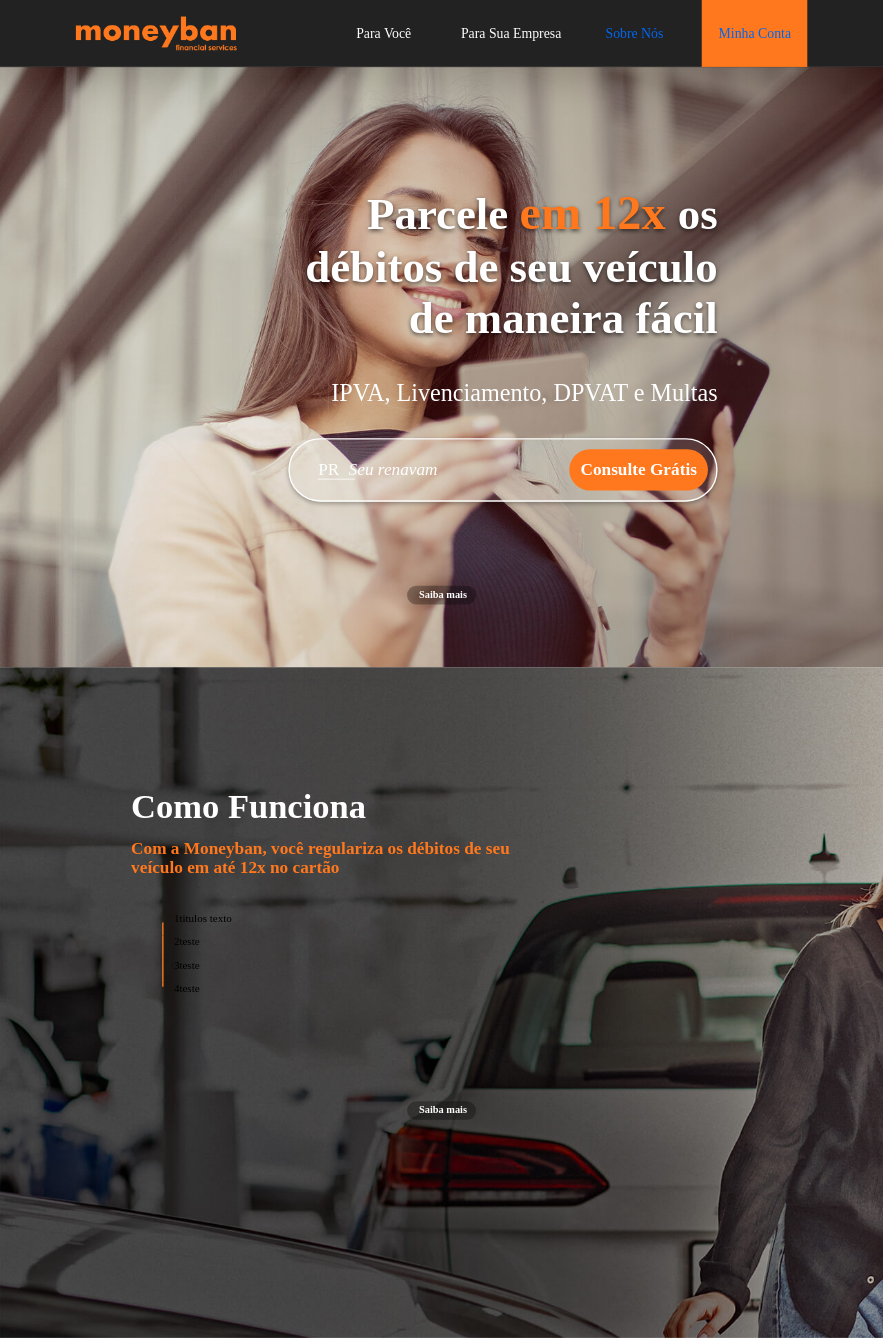
Repository: IvanCardoso91/moneyban
Page: index.html
These files come from the project's save history. The page is drawn as it stood at one moment and after the next save; the edit follows.
The browser window is 1280 px wide. The pictures show the whole page, at 69% of full size.
Some icons come from a web library that is not loaded, so they are not drawn. Some web fonts or font styles are not loaded; a fallback is used.

Above is the page before, as saved 2020-12-18 14:16:01.

After the next save:
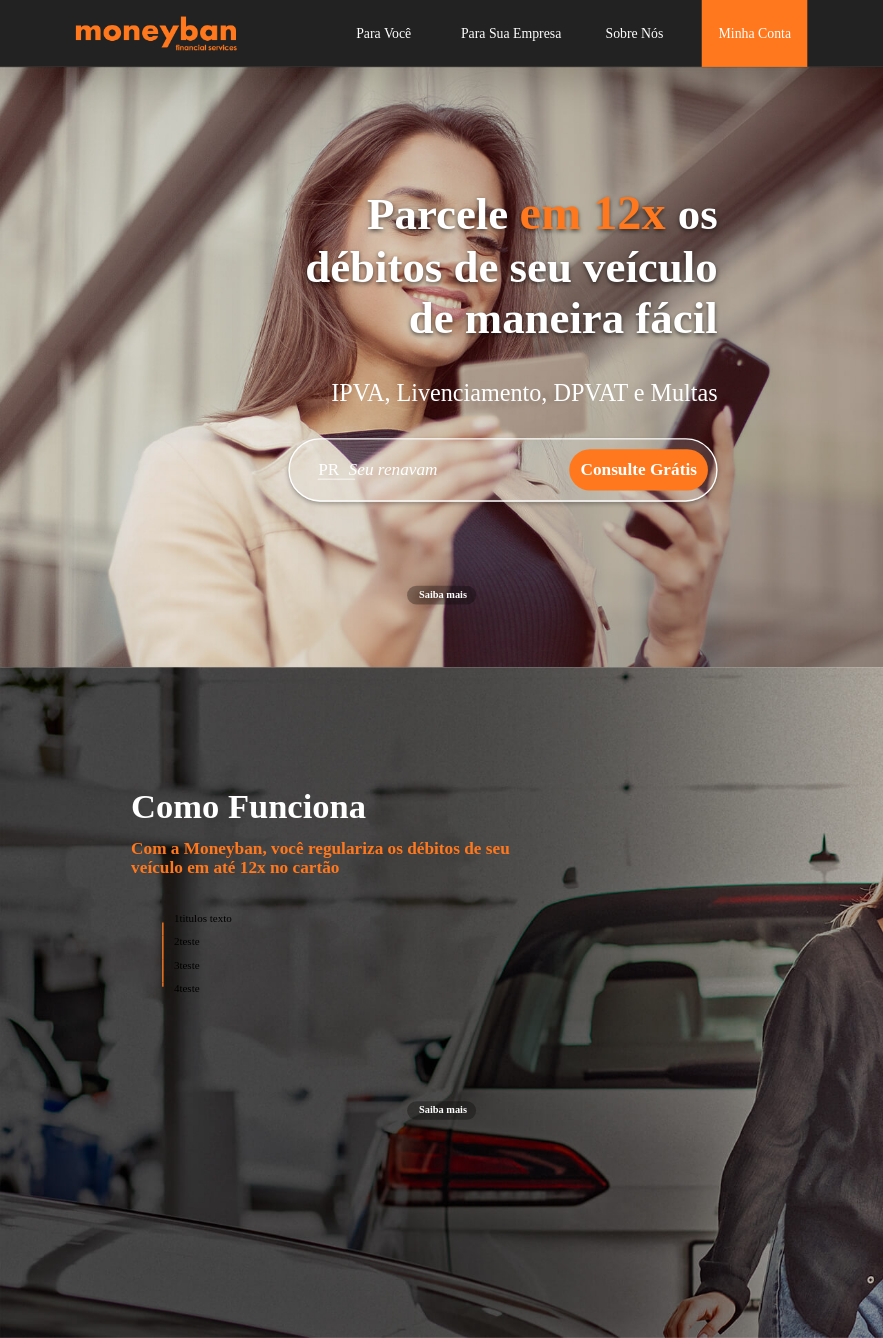
Saved 17 min 24 s later.
--- a/style/main-style.css
+++ b/style/main-style.css
@@ -362,7 +362,3 @@ li:last-child:before {
     float: left;
     padding-right: 10px
 }
-
-a {
-    color: #06e;
-}
